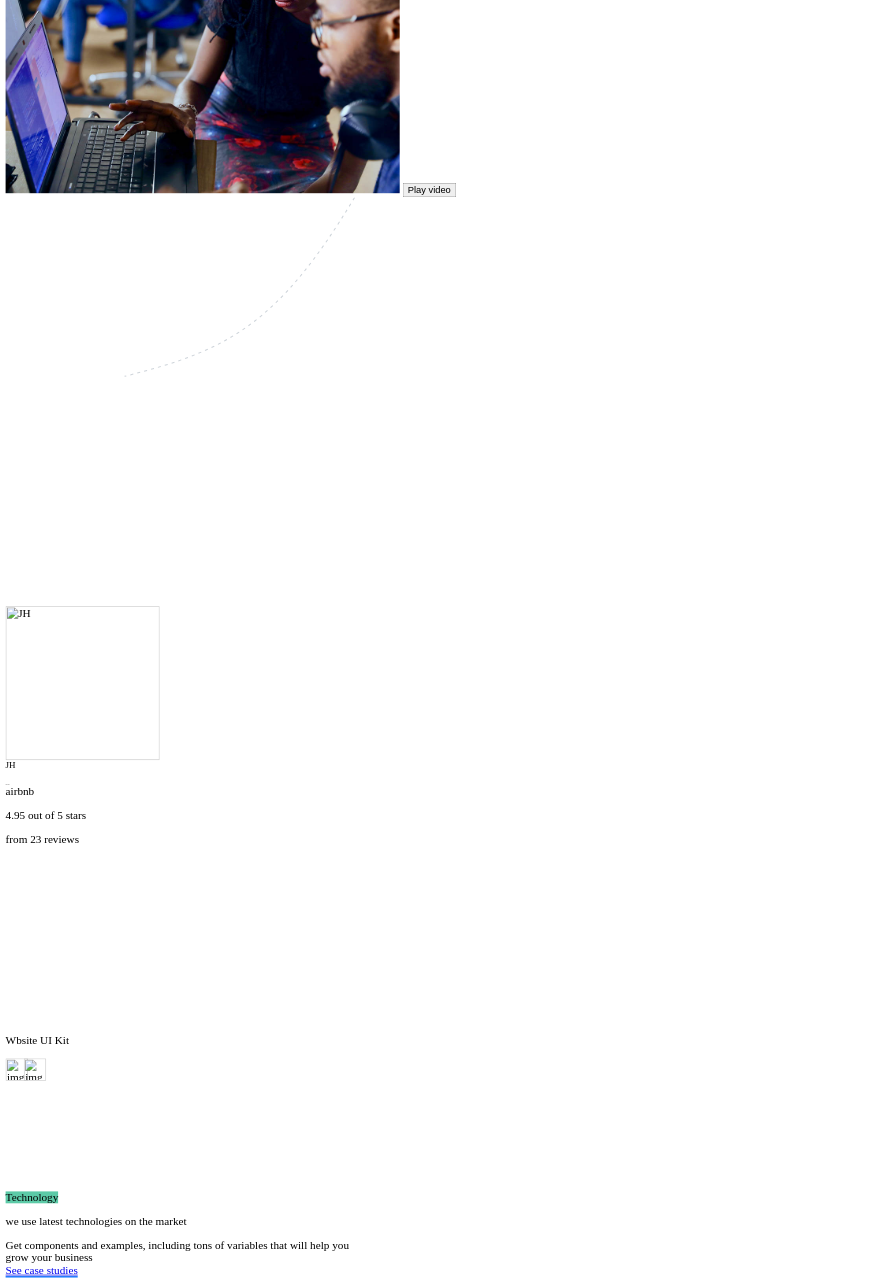
Repository: brandonc16/odoo-task
Page: components/hero.html
An editor plug-in stored every save of this project. The page is shown before and after the next save, followed by the edit.
The browser window is 1280 px wide. The pictures show the part of the page from y = 2020 to 3940 px (the page is 3852 px tall before and 3940 px after), at 70% of full size.

Above is the page before, as saved 2026-03-16 03:16:57.

### components/hero.html
<!-- SECTION CARD  -->
<div class="bg-primary text-white hero-style pb-10">
  <div class="pt-5">
    <div class="row align-items-center px-lg-10">
      <div class="col-12 col-lg-6 mb-5 mb-lg-0">
        <p class="display-4 fw-bold mb-4">Development done right</p>
        <p
          class="mb-4 text-white-50"
          style="font-size: 1.1rem; max-width: 400px"
        >
          Build a beautiful, modern website with flexible components built from
          scratch.
        </p>
        <button
          class="btn btn-light text-primary rounded-2 d-inline-flex align-items-center gap-2 fw-bold px-4 py-2 mb-5"
        >
          Get started <span class="fs-5">+</span>
        </button>

        <div class="d-flex align-items-center gap-4 flex-wrap mt-3">
          <span class="small text-white-50">Trusted by:</span>
          <span class="fw-bold d-flex align-items-center gap-1"
            ><i class="bi bi-google"></i>Google</span
          >
          <span class="fw-bold d-flex align-items-center gap-1"
            ><i class="bi bi-spotify"></i>Spotify</span
          >
          <span class="fw-bold fs-5">airbnb</span>
          <span class="fw-bold d-flex align-items-center gap-1"
            ><i class="bi bi-paypal"></i>PayPal</span
          >
        </div>
      </div>
      <div class="col-12 col-lg-6">
        <div
          class="card bg-white border-0 shadow-lg p-4 text-dark"
          style="
            border-radius: 1.5rem 1.5rem 4.5rem 1.5rem;
            max-width: 420px;
            margin: 0 auto;
          "
        >
          <div class="d-flex justify-content-between align-items-center mb-4">
            <p class="fw-bold" style="font-size: 0.85rem">Manage cards</p>
            <button
              class="btn btn-outline-secondary btn-sm px-3 rounded-2"
              style="font-size: 0.85rem"
            >
              Add new
            </button>
          </div>
          <div
            class="bg-card-dark text-white p-4 mb-4 shadow-sm"
            style="border-radius: 1rem"
          >
            <div class="d-flex justify-content-between align-items-start mb-4">
              <div class="d-flex">
                <a class="navbar-brand fw-fold fs-3" href="#">
                  <img
                    src="/assets/mastercard.svg"
                    alt="Odoo logo"
                    height="35"
                    class="d-inline-block align-text-top"
                  />
                </a>
              </div>
              <p
                class="badge bg-success text-success text-white border border-success border-opacity-25 px-2 py-1"
              >
                Active
              </p>
            </div>
            <p
              class="text-white-50 mb-1"
              style="font-size: 0.6rem; letter-spacing: 1px"
            >
              CARD NUMBER
            </p>
            <p class="mb-4" style="letter-spacing: 2px">
              4358 - 7421 - 9256 -6682
            </p>

            <div class="d-flex justify-content-between">
              <div>
                <p
                  class="text-white-50 mb-0"
                  style="font-family: 0.6rem; letter-spacing: 1px"
                >
                  NAME
                </p>
                <p class="mb-0 fw-bold small">John Snow</p>
              </div>
              <div>
                <p
                  class="text-white-50 mb-0"
                  style="font-family: 0.6rem; letter-spacing: 1px"
                >
                  EXPIRY DATE
                </p>
                <p class="mb-0 fw-bold small">11/23</p>
              </div>
            </div>
          </div>

          <div class="justify-content-between align-items-center mb-2">
            <div class="d-flex justify-content-between">
              <p class="mb-0 fw-bold">Starbucks</p>

              <span class="text-muted">$5,50 USD</span>
            </div>
            <p class="mb-0 text-muted" style="font-size: 0.85rem">
              Pending - San Francisco, United States
            </p>
            <hr
              class="text-secondary justify-content-between align-items-center mb-4"
            />

            <div class="d-flex justify-content-between">
              <p class="mb-0 fw-bold">Nike Sports</p>

              <span class="text-muted">$129,00 USD </span>
            </div>
            <p class="mb-0 text-muted" style="font-size: 0.85rem">
              Pending - Lisbon, Portugal
            </p>
            <hr
              class="text-secondary justify-content-between align-items-center mb-4"
            />

            <a href="#" class="text-decoration-underline text-primary"
              >View all</a
            >
          </div>
        </div>
      </div>
    </div>
  </div>
</div>
<!-- SECTION TOOLS -->

<div class="py-5 my-5">
  <div class="px-lg-10">
    <div class="row align-items-center">
      <div class="col-12 col-lg-6 mb-5 mb-lg-0">
        <div
          class="card border border-light border-1 shadow-sm p-4 p-lg-5 rounded-3 position-relative mt-n4 mt-lg-n5"
        >
          <div style="width: 90%">
            <p class="fw-bold mb-4 display-6">Awesome Projects</p>
            <div class="mb-4 p-3">
              <p class="fw-bold mb-2" style="font-size: 0.95">
                Create the new logo
              </p>
              <div class="progress rounded-pill" style="height: 6px">
                <div class="progress-bar- bg-warning" style="width: 45%"></div>
              </div>
            </div>
            <div class="mb-4 p-3">
              <p class="fw-bold mb-2" style="font-size: 0.95">
                Set up the color palette
              </p>
              <div class="progress rounded-pill" style="height: 6px">
                <div class="progress-bar- bg-warning" style="width: 60%"></div>
              </div>
            </div>

            <div class="mb-2 p-3">
              <div
                class="d-flex justify-content-between align-items-center mb-2"
              >
                <span class="fw-bold" style="font-size: 0.95rem">
                  Wireframe and prototype</span
                >
                <span style="font-size: 0.86rem"
                  >6:50 <i class="bi bi-chevron-right small"></i
                ></span>
              </div>

              <div class="progress rounded-pill" style="height: 6px">
                <div class="progress-bar- bg-warning" style="width: 80%"></div>
              </div>
            </div>
          </div>
        </div>
      </div>

      <div
        class="col-12 col-lg-5 offset-lg-1 text-center text-lg-start mt-5 mt-lg-0"
      >
        <span
          class="badge bg-warning text-white px-3 py-2 rounded-pill mb-4 fs-6"
        >
          Tools
        </span>
        <p class="display-6 fw-bold mb-4">
          We build for designers and developers
        </p>
        <p
          class="text-muted fs-5 mb-3"
          style="max-width: 500px; margin: 0 auto"
        >
          Get components and examples, including tons of variables that will
          help you grow your bussines.
        </p>

        <div
          class="mt-4 mt-lg-5"
          style="width: 100%; max-width: 400px; z-index: 2"
        >
          <div class="rounded-2 overflow-hidden shadow-sm position-relative">
            <img
              src="/assets/img_01.jpg"
              alt="Team working"
              height="55"
              class="img-fluid w-100"
              style="height: 200px; object-fit: cover"
            />
            <button
              class="btn btn-light position-absolute top-0 end-0 m-3 fw-bold shadow-sm d-flex align-items-center gap-2 rounded-3"
            >
              Play video <i class="bi bi-play-fill"></i>
            </button>
          </div>
        </div>
      </div>
    </div>
  </div>
</div>

<svg
  class="position-absolute"
  style="
    top: 167%;
    left: 25%;
    z-index: 0;
    pointer-events: none;
    width: 50%;
    height: 83%;
  "
  viewBox="0 0 500 800"
  fill="none"
  xmlns="http://www.w3.org/2000/svg"
>
  <path
    d="M0,0 C150,250 250,300 450,350"
    stroke="#ced4da"
    stroke-width="2"
    stroke-dasharray="6 8"
    fill="none"
  />

  <!--   <path
    d="M400,600 C300,750 250,850 100,1000"
    stroke="#ced4da"
    stroke-width="2"
    stroke-dasharray="6 8"
    fill="none"
  /> -->
</svg>

<!-- SECTION FEATURES -->

<div class="py-5 my-5 position-relative overflow-hidden">
  <div class="row px-lg-10 align-items-center">
    <div class="col-12 col-lg-5 mb-5 mb-lg-0">
      <span
        class="badge text-white px-3 py-2 rounded-pill mb-4 fs-6"
        style="background-color: #5ccaa7"
      >
        Features
      </span>

      <p class="fw-bold fs-4 mb-5">
        Get components and examples, including tons of variables that will help
        you grow your business.
      </p>

      <div class="d-flex flex-column gap-3">
        <div class="d-flex align-items-center gap-3">
          <i class="bi bi-check-circle-fill fs-5" style="color: #5ccaa7"></i>
          <p class="fw-medium mt-3" style="color: #5ccaa7">
            Perfect for modern startups
          </p>
        </div>
      </div>
      <div class="d-flex flex-column gap-3">
        <div class="d-flex align-items-center gap-3">
          <i class="bi bi-check-circle-fill fs-5" style="color: #5ccaa7"></i>
          <p class="fw-medium mt-3" style="color: #5ccaa7">
            Fully customizable and scalable
          </p>
        </div>
      </div>
    </div>

    <div class="col-12 col-lg-6 offset-lg-1">
      <div class="position-relative shadow-lg rounded-3 overflow-hidden;">
        <img
          src="/assets/img_02.jpg"
          alt="Team working"
          height="auto"
          class="img-fluid w-100"
          style="height: 450px; object-fit: cover"
        />
        <button
          class="btn btn-light position-absolute top-0 end-0 m-3 fw-bold shadow-sm d-flex align-items-center gap-2 rounded-3"
        >
          Play video <i class="bi bi-play-fill"></i>
        </button>
      </div>
    </div>
  </div>
</div>

<!-- Section technology -->

<svg
  class="position-absolute"
  style="
    top: 243%;
    left: 25%;
    z-index: 0;
    pointer-events: none;
    width: 50%;
    height: 83%;
    transform: scaleX(-1);
  "
  viewBox="0 0 500 800"
  fill="none"
  xmlns="http://www.w3.org/2000/svg"
>
  <path
    d="M0,0 C150,250 250,300 450,350"
    stroke="#ced4da"
    stroke-width="2"
    stroke-dasharray="6 8"
    fill="none"
  />
</svg>

<!-- section technology -->

<div class="py-5 my-5 position-relative overflow-hidden">
  <div class="px-lg-10 position-relative" style="z-index: 1">
    <div class="row align-items-center">
      <div class="col-12 col-lg-6 mb-5 mb-lg-0">
        <div class="row g-4 align-items-center">
          <div class="col-12 col-sm-6">
            <div class="card border-0 shadow-sm rounded-4 overflow-hidden">
              <img src="" alt="JH" style="height: 220px; object-fit: cover" />

              <div
                class="card-body d-flex align-items-center justify-content-between p-4"
              >
                <div class="d-flex align-items-center gap-2">
                  <div
                    class="rounded-circle bg-warning text-white d-flex align-items-center justify-content-center fw-bold"
                    style="width: 35px; height: 35px; font-size: 0.8rem"
                  >
                    JH
                  </div>
                  <span class="fw-bold mb-0" style="font-size: 0.9">
                    Jimmy Hendrix</span
                  >
                </div>
                <i class="bi bi-check-lg fs-5"></i>
              </div>

            </div>

          </div>

            <div class="col-12 col-sm-6 mt-sm-5">
              <div
                class="card border border-light border-1 shadow-sm rounded-3 mb-4 p-4 text-center d-flex flex-column justify-content-center"
                style="min-height: 290px"
              >
                <div class="mb-3 fs-4 fw-bold">
                  <i class="bi bi-airbnb"></i>airbnb
                </div>
                <div
                  class="text-warining mb-2 fs-6 gap-1 d-flex justify-content-center"
                >
                  <i class="bi bi-star-fill"></i>
                  <i class="bi bi-star-fill"></i>
                  <i class="bi bi-star-fill"></i>
                  <i class="bi bi-star-fill"></i>
                  <i class="bi bi-star"></i>
                </div>
                <p class="fw-bold mb-1">4.95 out of 5 stars</p>
                <p class="text-muted mb-0">from 23 reviews</p>
              </div>

              <div
                class="card border border-light border-1 shadow-sm rounded-3 mb-4 p-4 text-center d-flex flex-column justify-content-center"
                style="min-height: 290px"
              >
                <div
                  class="rounded-circle bg-dark text-white mx-auto d-flex align-items-center justify-content-center mb-3"
                  style="width: 50px; height: 50"
                >
                  <i class="bi bi-infinity fs-4"></i>
                </div>
                <div
                  class="text-warining mb-2 fs-6 gap-1 d-flex justify-content-center"
                >
                  <p class="fw-bold mb-3">Wbsite UI Kit</p>
                </div>

                <div class="d-flex justify-content-center m-b">
                  <img
                    src=""
                    alt="img"
                    class="rounded-circle border border-2 border-white"
                    style="
                      width: 32px;
                      height: 32px;
                      margin-right: -10px;
                      z-index: 3;
                    "
                  />
                  <img
                    src=""
                    alt="img"
                    class="rounded-circle border border-2 border-white"
                    style="
                      width: 32px;
                      height: 32px;
                      margin-right: -10px;
                      z-index: 3;
                    "
                  />
                </div>
                <div
                  class="d-flex justify-ontent-center gap-4 text-muted small mt-auto pt-2"
                >
                  <i class="bi bi-paperclip" style="cursor: pointer"></i>
                  <i class="bi bi-eye" style="cursor: pointer"></i>
                  <i class="bi bi-heart" style="cursor: pointer"></i>
                </div>
              </div>
            </div>
          </div>
        </div>
        <div
          class="col-12 col-lg-5 offset-lg-1 mt-5 mt-lg-0 text-center text-lg-start"
        >
          <span
            class="badge bg-primary text-white px-3 py-2 rounded-pill mb-4 fs-6"
            style="background-color: #5ccaa7"
          >
            Technology
          </span>
          <p class="fs-4 mb-4">we use latest technologies on the market</p>

          <p
            class="text-muted fs-5 mb-4"
            style="max-width: 500px; margin: 0 auto 0 0"
          >
            Get components and examples, including tons of variables that will
            help you grow your business
          </p>
          <a
            href="#"
            class="text-primary text-decoration-none fw-medium pb-1"
            style="border-bottom: 2px solid #0d6efd"
            >See case studies</a
          >
        </div>


        </div>
      </div>
    </div>
  </div>
</div>

After the next save:
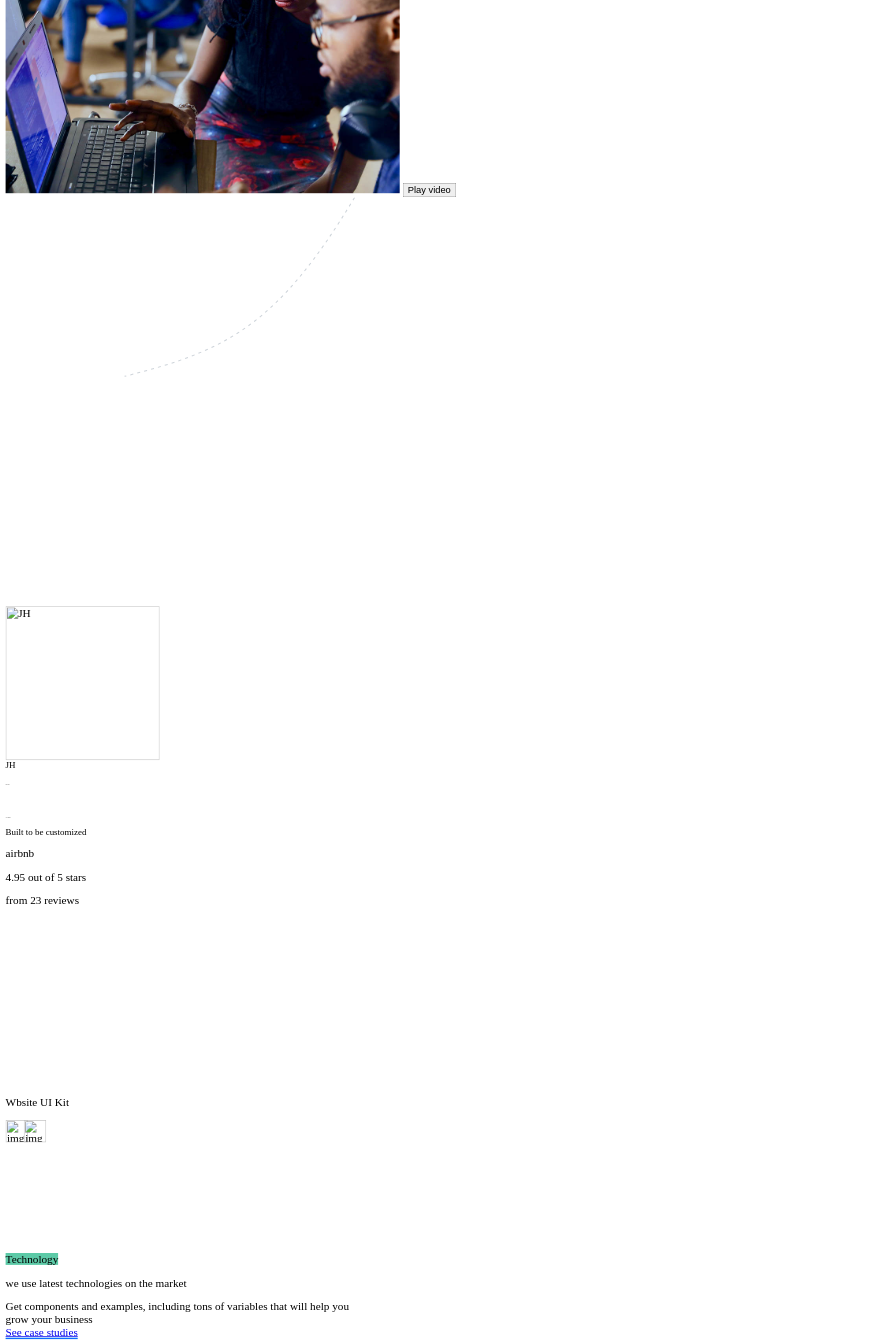
Saved 3 min 16 s later.
--- a/components/hero.html
+++ b/components/hero.html
@@ -370,6 +370,22 @@
 
           </div>
 
+
+          <div class="card border-0 shadow-sm rounded4 p-3 d-lfex flex-row align-items-center gap-3">
+           <div class="rounded-circle bg succes bg-opacity-50 text-succes d-flex align-items-center justify-content-center flex shrink-0"
+           style="width: 45px; height:45px">
+          <i class="bi bi-check-lg fs-5"></i>
+          </div>
+          <div>
+            <p class="fw-bold mb-0" style="font-size: 0.95">
+              300 + components
+            </p>
+            <p class="text-muted mb-0" style="font-size: 0.8rem">
+              Built to be customized
+            </p>
+          </div>
+          </div>
+
             <div class="col-12 col-sm-6 mt-sm-5">
               <div
                 class="card border border-light border-1 shadow-sm rounded-3 mb-4 p-4 text-center d-flex flex-column justify-content-center"

After the 5 saves that followed:
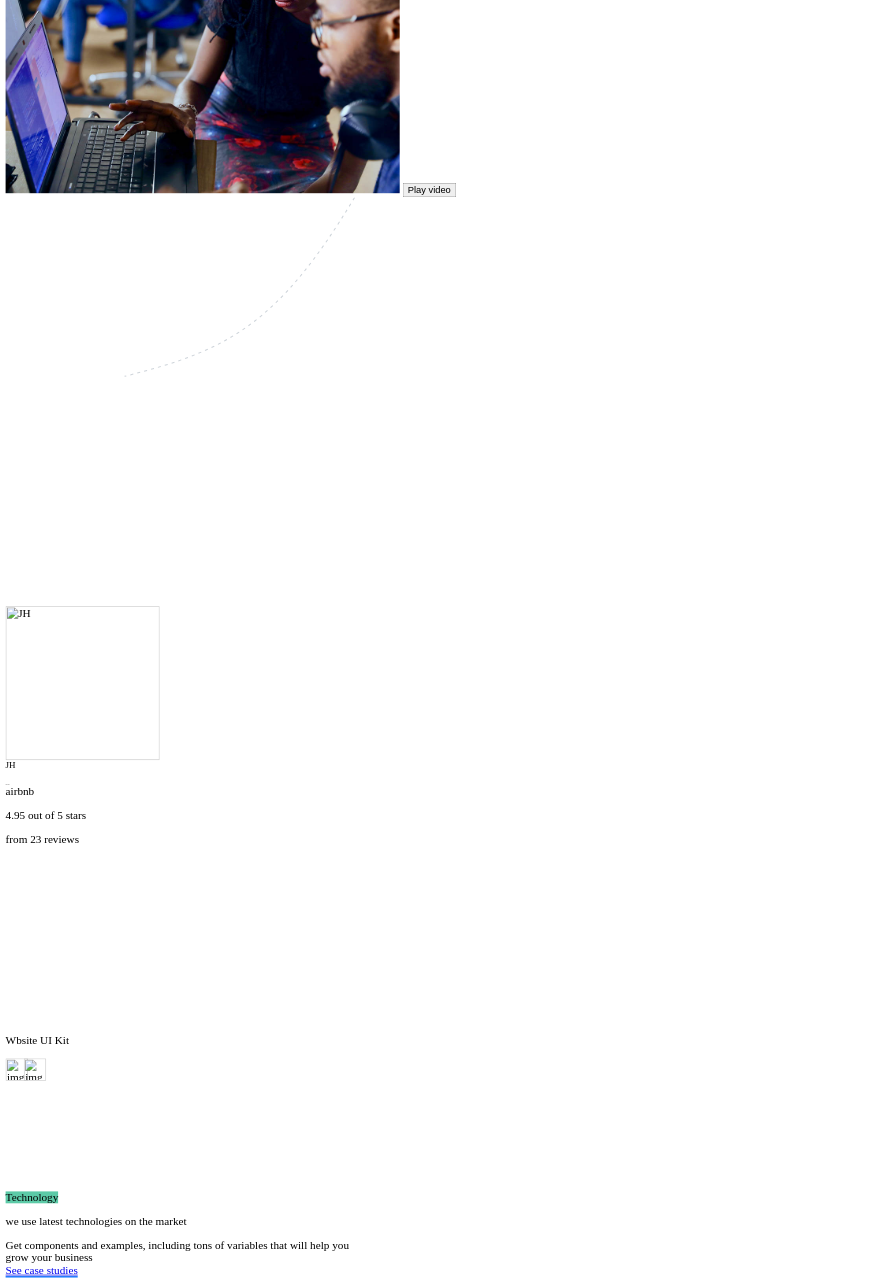
The 5 saves are shown as one change because 4 left the picture as it was.
The last was saved 67 s later.
--- a/components/hero.html
+++ b/components/hero.html
@@ -371,20 +371,7 @@
           </div>
 
 
-          <div class="card border-0 shadow-sm rounded4 p-3 d-lfex flex-row align-items-center gap-3">
-           <div class="rounded-circle bg succes bg-opacity-50 text-succes d-flex align-items-center justify-content-center flex shrink-0"
-           style="width: 45px; height:45px">
-          <i class="bi bi-check-lg fs-5"></i>
-          </div>
-          <div>
-            <p class="fw-bold mb-0" style="font-size: 0.95">
-              300 + components
-            </p>
-            <p class="text-muted mb-0" style="font-size: 0.8rem">
-              Built to be customized
-            </p>
-          </div>
-          </div>
+
 
             <div class="col-12 col-sm-6 mt-sm-5">
               <div
